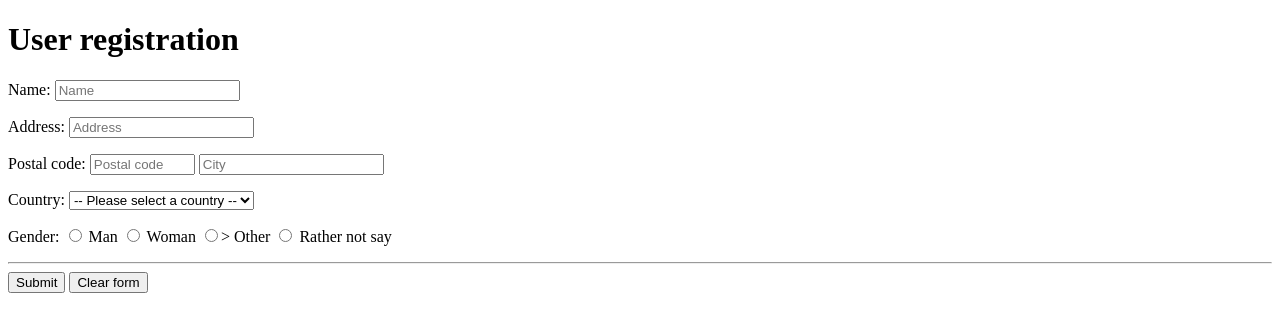
Repository: Filip-Husic/AW_frontend
Page: ex3Forms.html
An editor plug-in stored every save of this project. The page is shown before and after a run of saves, followed by the edit.
The browser window is 1280 px wide. The pictures show the whole page.

Above is the page before, as saved 2022-11-23 11:54:27.

### ex3Forms.html
<!DOCTYPE html>
<html lang="en">

<head>
    <meta charset="UTF-8">
    <meta http-equiv="X-UA-Compatible" content="IE=edge">
    <meta name="viewport" content="width=device-width, initial-scale=1.0">
    <title>HTML - Forms</title>
</head>

<body>
    <h1>User registration</h1>
    <form action="process.php">
        <p>
            <label for="name">Name:</label>
            <input type="text" id="name" name="name" maxlength="80" placeholder="Name" required>
        </p>
        <p>
            <label for="address">Address:</label>
            <input type="text" id="address" name="address" maxlength="80" placeholder="Address" required>
        </p>
        <p>
            <label for="pc">Postal code:</label>
            <input type="text" id="pc" name="pc" size="10" maxlength="10" placeholder="Postal code" required>
            <input type="text" id="pc_city" name="pc_city" size="20" maxlength="20" placeholder="City" required>
        </p>
        <p>
            <label for="country">Country:</label>
            <select name="country" id="country">
                <option value="">-- Please select a country --</option>
                <option value="hr">Croatia</option>
                <option value="pt">Portugal</option>
                <option value="sk">Slovakia</option>
                <option value="it">Italy</option>
            </select>
        </p>
        <p>
            Gender:
            <input type="radio" name="gender" id="man">
            <label for="man">Man</label>
            <input type="radio" name="gender" id="woman">
            <label for="woman">Woman</label>
            <input type="radio" name="gender" id="other"<input type="text" id="other">>

            <label for="other">Other</label>
            <input type="radio" name="gender" id="none">
            <label for="none">Rather not say</label>
        </p>
        <hr>
        <button type="submit">Submit</button>
        <button type="reset">Clear form</button>
    </form>
    <script>
        document.getElementById("other").onclick=function() {
            document.getElementById("other").disabled=true;
            document.getElementById("other").value="";
        }
    </script>
</body>

</html>

After the next 2 saves:
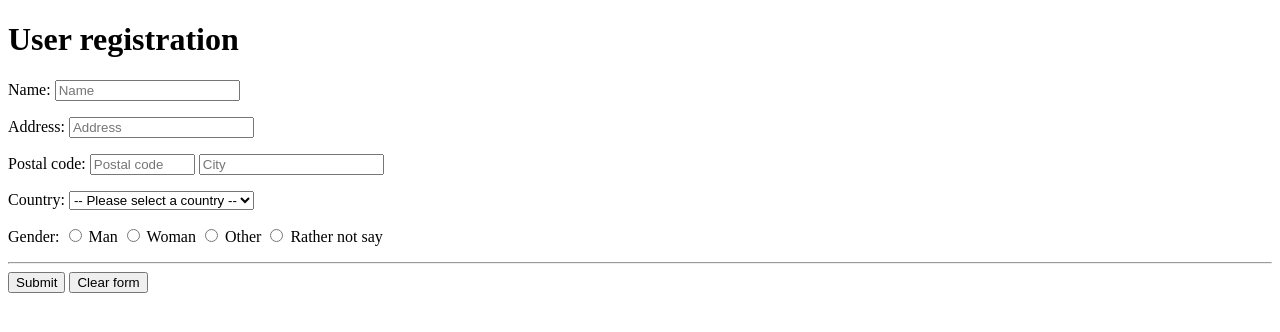
The 2 saves are shown as one change because they came seconds apart.
The last was saved 6 s later.
--- a/ex3Forms.html
+++ b/ex3Forms.html
@@ -40,8 +40,7 @@
             <label for="man">Man</label>
             <input type="radio" name="gender" id="woman">
             <label for="woman">Woman</label>
-            <input type="radio" name="gender" id="other"<input type="text" id="other">>
-
+            <input type="radio" name="gender" id="other">
             <label for="other">Other</label>
             <input type="radio" name="gender" id="none">
             <label for="none">Rather not say</label>
